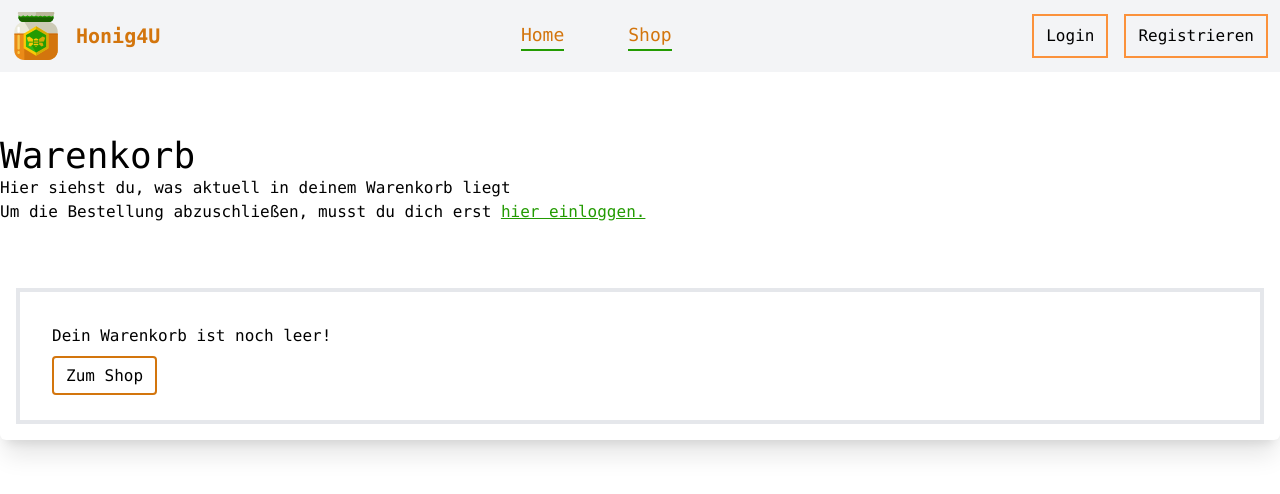
Repository: cainytheslave/PHPHonigShop
Page: http://localhost/warenkorb.php
An editor plug-in stored every save of this project. The page is shown before and after the next save, followed by the edit.
The browser window is 1280 px wide. The pictures show the whole page.
The page is run by PHP 8.4 with error messages shown; the project is at /var/www/html/. Style sheets and scripts are compiled from the project's sources, by tool versions that may differ from the author's.

Above is the page before, as saved 2022-03-11 01:31:10.

After the next save:
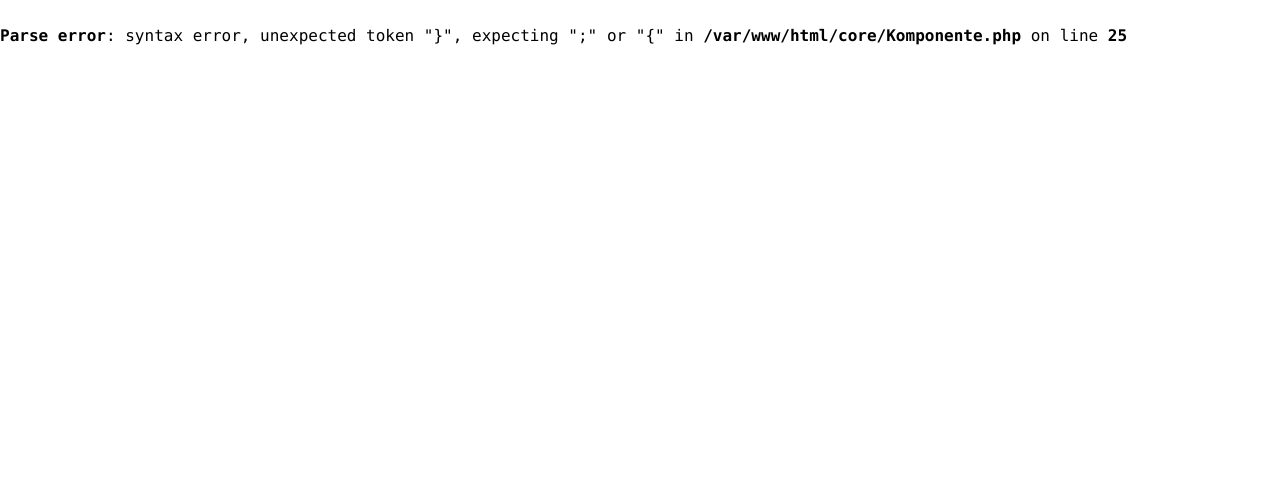
Saved 2 min 17 s later.
--- a/core/Komponente.php
+++ b/core/Komponente.php
@@ -20,4 +20,6 @@ class Komponente
         $classes = "text-center px-3 py-2 border-2 hover:bg-gray-200 active:scale-95 hover:scale-105 border-orange-400";
         return "<input type='$type' name='$name' class='$classes' placeholder='$placeholder' />";
     }
+
+    static function alert($errror = true, $errors = [])
 }
